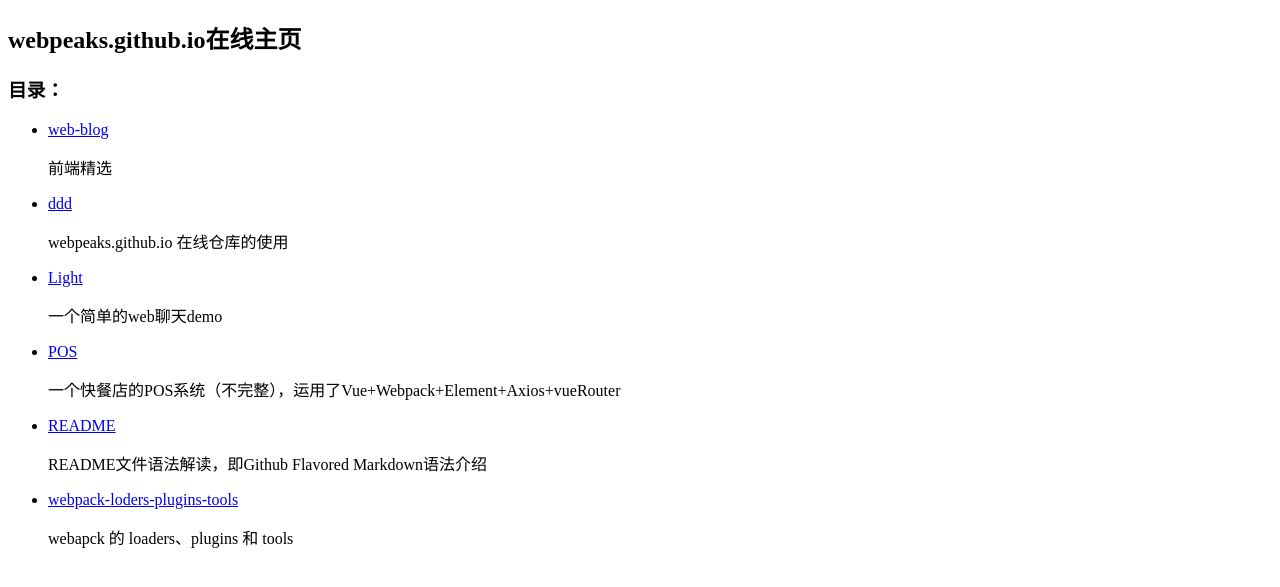
Repository: webpeaks/webpeaks.github.io
Page: index.html
These files come from the project's save history. The page is drawn as it stood at one moment and after the next save; the edit follows.
The browser window is 1280 px wide. The pictures show the whole page.

Above is the page before, as saved 2018-01-03 16:32:07.

After the next save:
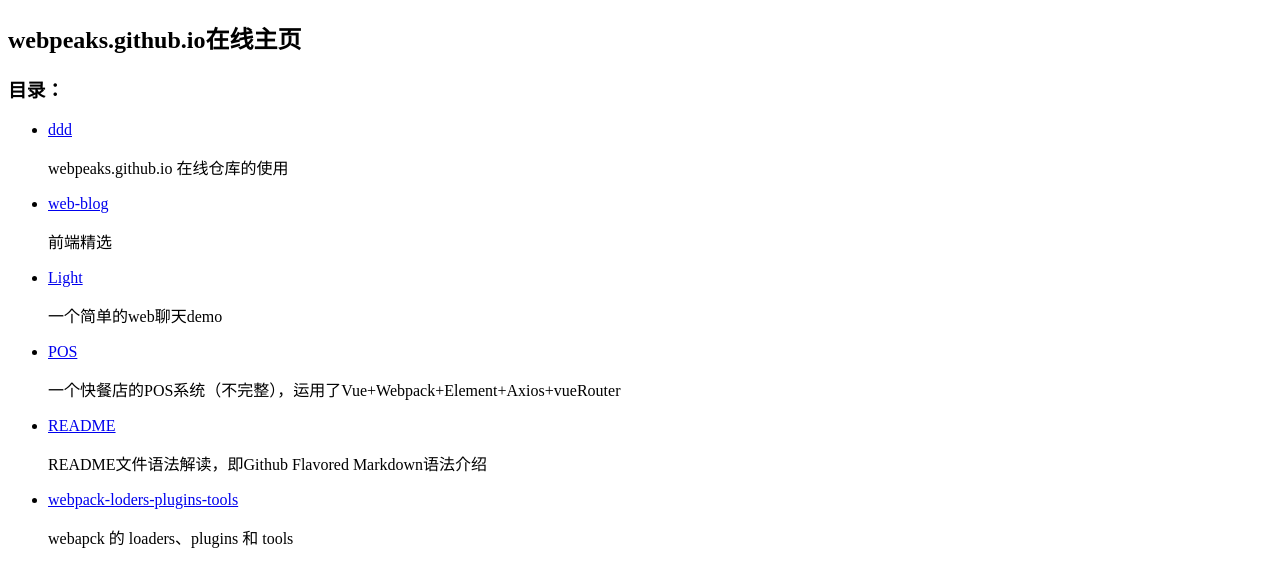
Saved 2 min 30 s later.
--- a/index.html
+++ b/index.html
@@ -13,12 +13,12 @@
     <h3>目录：</h3>
     <ul>
         <li>
+            <a href="webpeaks.github.io/ddd/index.html">ddd</a>
+            <p>webpeaks.github.io 在线仓库的使用</p>
+        </li>
+        <li>
             <a href="https://github.com/webpeaks/web-blog">web-blog</a>
             <p>前端精选</p>
-        </li>
-        <li>
-            <a href="webpeaks.github.io/ddd/index.html">ddd</a>
-            <p>webpeaks.github.io 在线仓库的使用</p>
         </li>
         <li>
             <a href="https://github.com/webpeaks/Light">Light</a>
